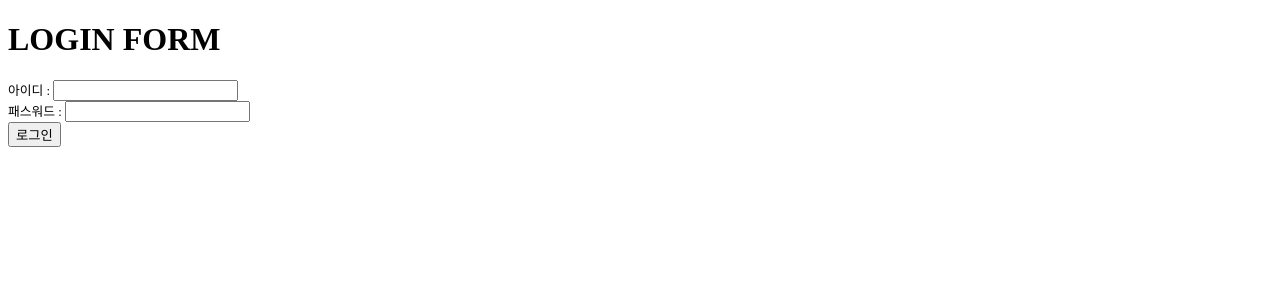
Repository: Leehj9094/JAVA_BOOK-
Page: http://localhost/01JSP/C07/03/login_form.jsp
An editor plug-in stored every save of this project. The page is shown before and after the next save, followed by the edit.
The browser window is 1280 px wide. The pictures show the whole page.
The page is served by Tomcat 9.

Above is the page before, as saved 2025-04-03 05:05:48.

After the next save:
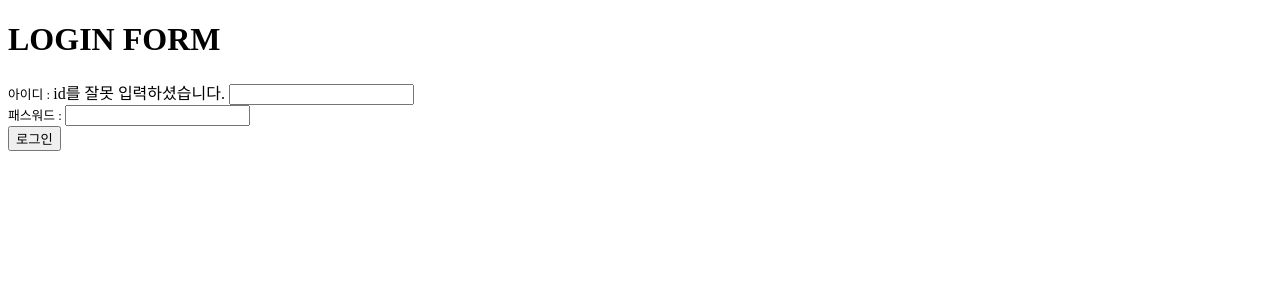
Saved 22 s later.
--- a/JSP/01JSP/src/main/webapp/C07/03/login_form.jsp
+++ b/JSP/01JSP/src/main/webapp/C07/03/login_form.jsp
@@ -14,7 +14,7 @@
 	<h1>LOGIN FORM</h1>
 	<form action="${pageContext.request.contextPath}/C06/02/login.jsp" method="post">
 		<div>
-		<label>아이디 : </label>
+		<label>아이디 : </label><span>id를 잘못 입력하셨습니다.</span>
 			<input type="text" name="username" />
 		</div>
 		<div>
